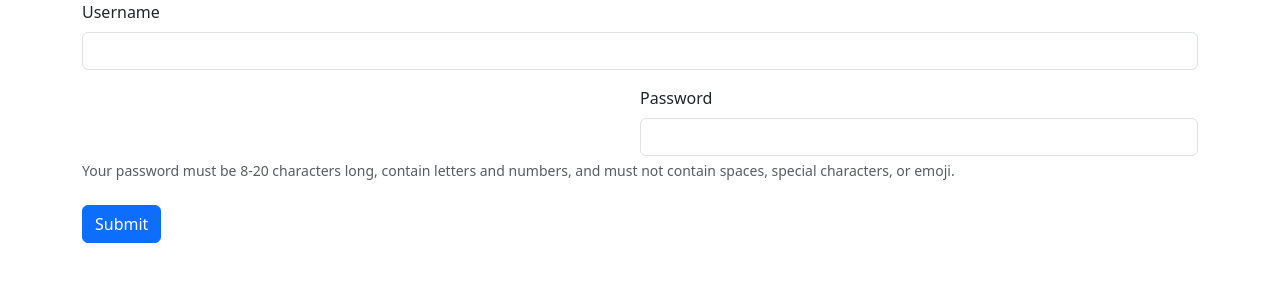
Repository: sarathraj2002/todo-list
Page: login.html
These files come from the project's save history. The page is drawn as it stood at one moment and after a run of saves; the edit follows.
The browser window is 1280 px wide. The pictures show the whole page.

Above is the page before, as saved 2024-09-05 10:55:35.

### login.html
<!DOCTYPE html>
<html lang="en">
<head>
    <meta charset="UTF-8">
    <meta name="viewport" content="width=device-width, initial-scale=1.0">
    <title>login</title>
    <link rel="stylesheet" href="bootstrap.min.css">
    <link rel="stylesheet" href="style.css">
</head>
<body>
    <div class="container">
    <form>
        <div class="mb-3">
          <label for="exampleInputUsername1" class="form-label">Username</label>
          <input type="test" class="form-control" id="username" >

        </div>
        <div class="col col-sm-12 col-lg-6 ms-auto ">
          <label for="exampleInputPassword1" class="form-label">Password</label>
          <input type="password" class="form-control" id="password">
        </div>
        <div id="passwordHelpBlock" class="form-text">
            Your password must be 8-20 characters long, contain letters and numbers, and must not contain spaces, special characters, or emoji.
          </div>
          <br>

        <button type="submit" class="btn btn-primary">Submit</button>
      </form>
    </div>
    <script src="script.js"></script>
</body>
</html>

Loaded but not shown: bootstrap.min.css (library); script.js (no stored copy; drawn as an empty file); style.css (no stored copy; drawn as an empty file)

After the next 2 saves:
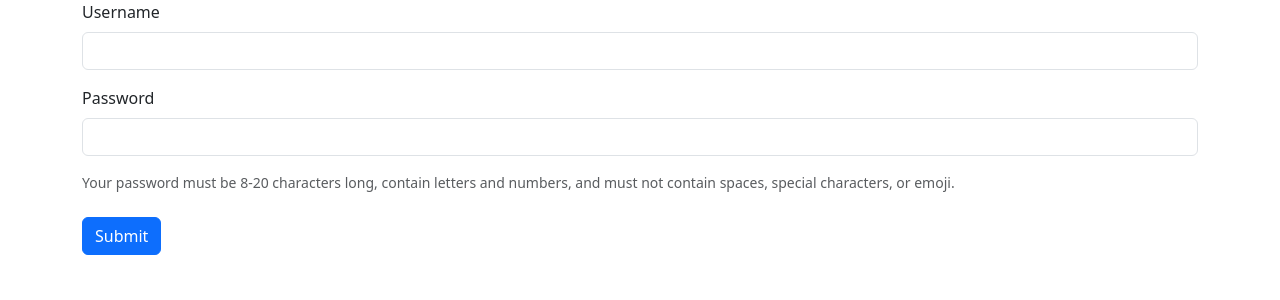
The 2 saves are shown as one change because they came seconds apart.
The last was saved 10 s later.
--- a/login.html
+++ b/login.html
@@ -15,7 +15,7 @@
           <input type="test" class="form-control" id="username" >
 
         </div>
-        <div class="col col-sm-12 col-lg-6 ms-auto ">
+        <div class="mb-3 ">
           <label for="exampleInputPassword1" class="form-label">Password</label>
           <input type="password" class="form-control" id="password">
         </div>
